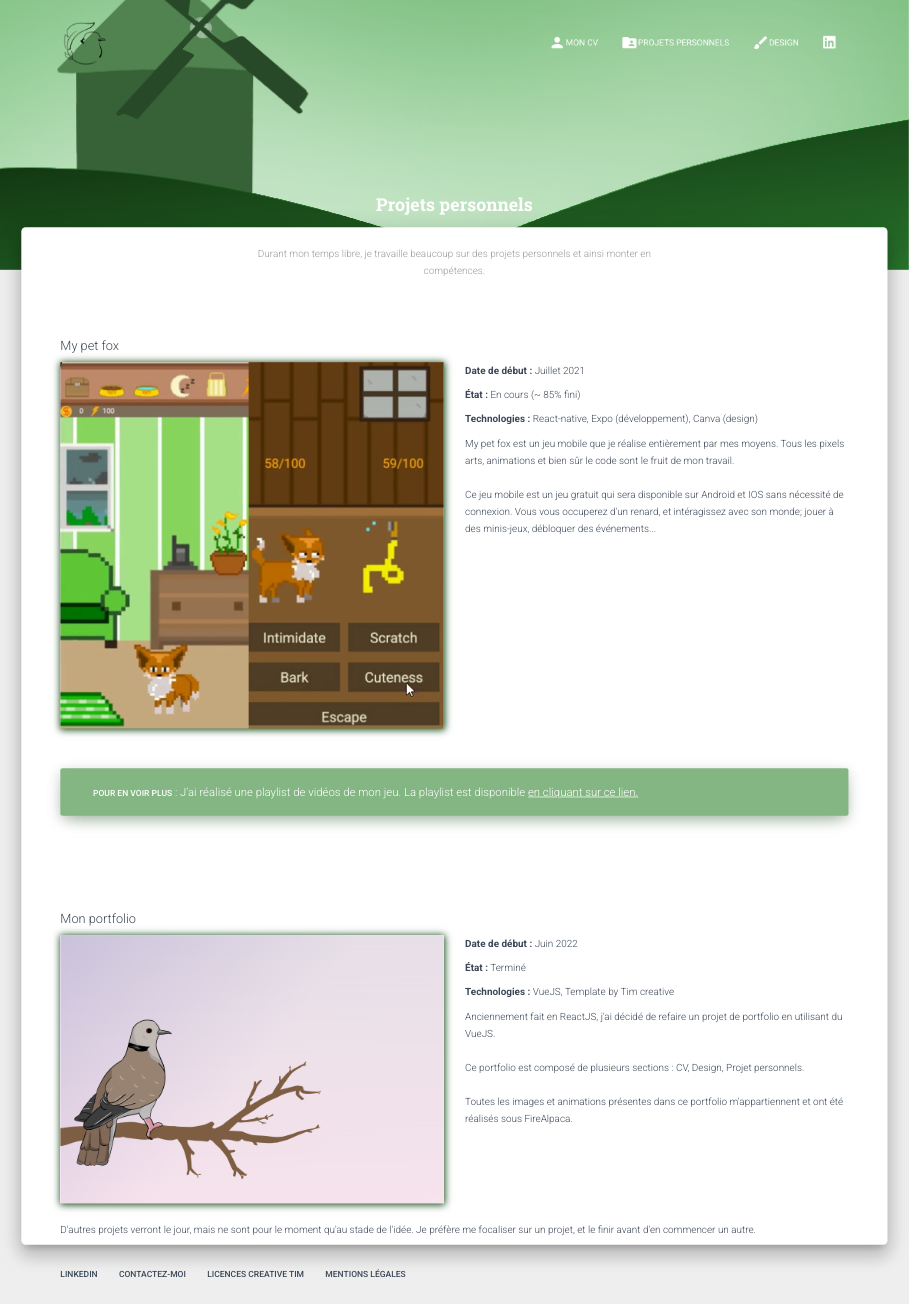
Repository: sdeschaepmeester/NewPortfolio
Page: /#/projects
The author's editor kept a copy of each file at every save. The page is drawn from the files as they stood at one save, then again after the next save.
The browser window is 1280 px wide. The pictures show the whole page, at 71% of full size.
Some web libraries are served in a nearby version. The project was rebuilt for these pictures with package versions that can differ from the ones it lists, and the page was loaded fresh each time. Also part of the build but not shown: vue.config.js, src/views/components/APropos.vue, src/views/components/NavigationSection.vue, src/views/components/SmallNavigationSection.vue, src/components/Dropdown.vue, src/components/Pagination.vue, src/components/Slider.vue, src/components/Badge.vue and 13 more.

Above is the page before, as saved 2022-07-13 11:30:07.

After the next save:
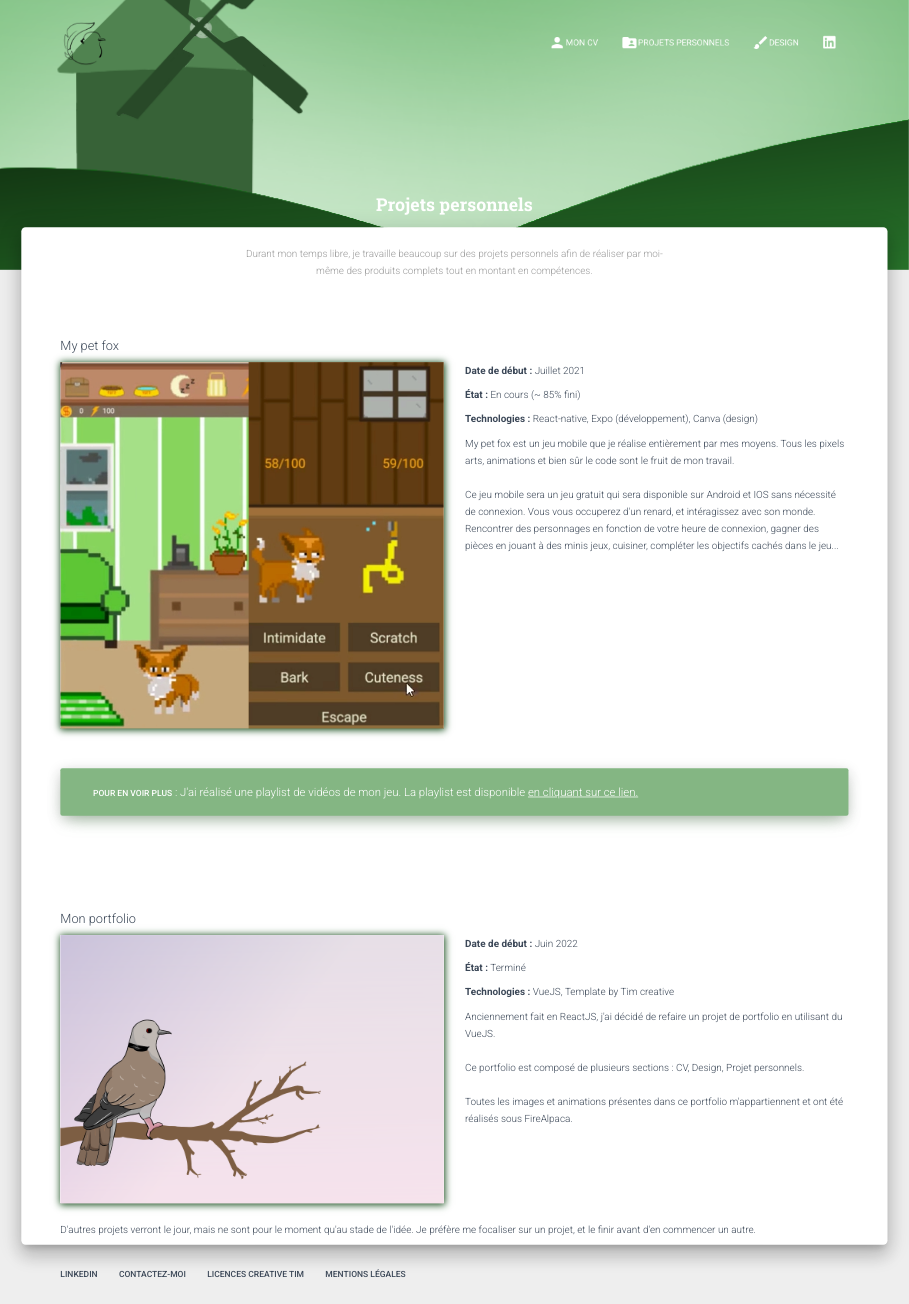
Saved 4 min 29 s later.
--- a/src/views/Projects.vue
+++ b/src/views/Projects.vue
@@ -20,7 +20,8 @@
           </div>
           <div class="description text-center">
             <p>
-              Durant mon temps libre, je travaille beaucoup sur des projets personnels et ainsi monter en compétences.
+              Durant mon temps libre, je travaille beaucoup sur des projets personnels afin de réaliser par moi-même des produits
+              complets tout en montant en compétences.
             </p>
           </div>
           <div class="profile-tabs">
@@ -40,8 +41,10 @@
               <p>My pet fox est un jeu mobile que je réalise entièrement par mes moyens. Tous les pixels arts, animations et bien
                 sûr le code sont le fruit de mon travail.
                 <br/><br/>
-                Ce jeu mobile est un jeu gratuit qui sera disponible sur Android et IOS sans nécessité de connexion.
-                Vous vous occuperez d'un renard, et intéragissez avec son monde; jouer à des minis-jeux, débloquer des événements...
+                Ce jeu mobile sera un jeu gratuit qui sera disponible sur Android et IOS sans nécessité de connexion.
+                Vous vous occuperez d'un renard, et intéragissez avec son monde.
+                Rencontrer des personnages en fonction de votre heure de connexion, gagner des pièces en jouant à des minis jeux,
+                 cuisiner, compléter les objectifs cachés dans le jeu...
               </p>
             </div>
           </div>
